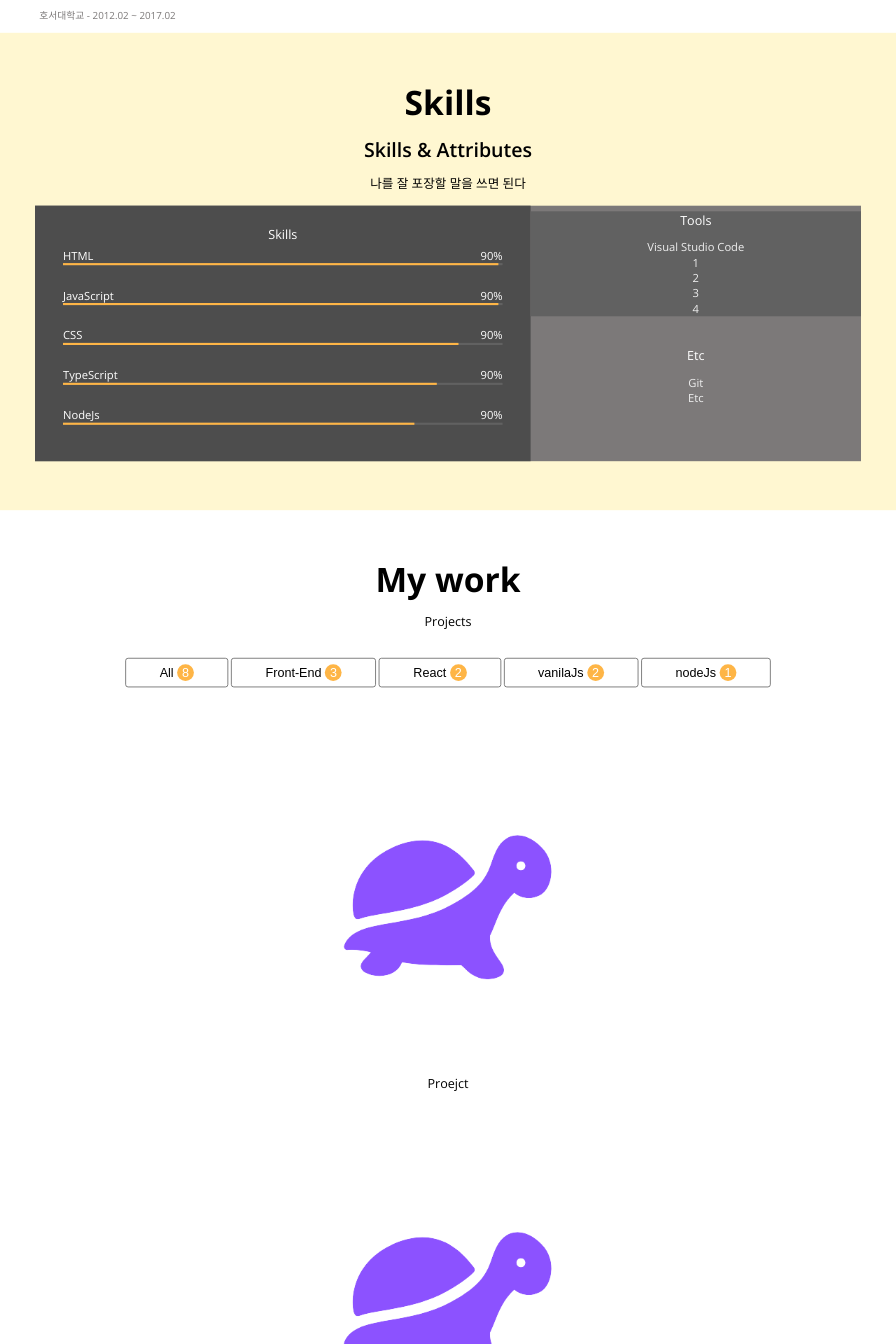
Repository: DevMinwoo-Jung/MinwooPortfolio
Page: index.html
An editor plug-in stored every save of this project. The page is shown before and after the next save, followed by the edit.
The browser window is 1280 px wide. The pictures show the part of the page from y = 3337 to 5257 px (the page is 8073 px tall), at 70% of full size.

Above is the page before, as saved 2021-05-31 15:18:18.

### index.html
<!DOCTYPE html>
<html lang="en">
<head>
  <meta charset="UTF-8">
  <meta http-equiv="X-UA-Compatible" content="IE=edge">
  <meta name="viewport" content="width=device-width, initial-scale=1.0">
  <title>Minwoo's Portfolio</title>
  <meta name="description" content="(will be) world-renowned Front-End Web developer Minwoo">
  <meta name="author" content= "Minwoo Jung">
  <link rel="icon" type ="image/png" href="imgs/favicon.png">
  <link rel="stylesheet" href="https://use.fontawesome.com/releases/v5.15.3/css/all.css" integrity="sha384-SZXxX4whJ79/gErwcOYf+zWLeJdY/qpuqC4cAa9rOGUstPomtqpuNWT9wdPEn2fk" crossorigin="anonymous">
  <link rel="preconnect" href="https://fonts.gstatic.com">
<link href="https://fonts.googleapis.com/css2?family=Open+Sans:wght@400;600;700&display=swap" rel="stylesheet">
<link rel="stylesheet" href="style.css">
<script src="main.js" defer></script>
</head>
<body>
  <h1>Heading</h1>
  <h2>Heading</h2>
  <h3>Heading</h3>
  <p>Paragraph</p>
  <!-- Navbar -->
  <nav id="navbar">
    <div class="navbar__logo">
      <img src="imgs/favicon.png" alt="">
      <a href="#">Minwoo</a>
    </div>
      <ul class="nvabar__menu">
        <li class="navbar__menu__item--active">Home</li>
        <li class="navbar__menu__item">About</li>
        <li class="navbar__menu__item">Skills</li>
        <li class="navbar__menu__item">My work</li>
        <li class="navbar__menu__item">Testimonial</li>
        <li class="navbar__menu__item">Contact</li>
      </ul>
  </nav>
  <!-- Home -->
  <section id="home">
    <img src="imgs/myPhoto.jpg" alt="Minwoo's profile photo" class="home__avatar">
    <h1 class="home__title">반갑습니다. <br> 프론트엔드 개발자 정민우입니다.</h1>
    <h2 class="home__description">멈추지 않는 개발자로 살아가고싶습니다.</h2>
    <button class="home__contact">Contact Me</button>
  </section>
  <!-- About -->
  <section id="about" class="section__container">
    <h1>About me</h1>
    <p>나를 나타내는 문장 문장 장문 문에 있는 고추장</p>
    <div class="about__majors">
      <div class="major">
        <div class="major__icon">
          <i class="fab fa-js-square"></i>
        </div>
        <h2 class="major__title">Front-End</h2>
        <div class="major__description">
          HTML, CSS, JavaScript, TypeScript
        </div>
      </div>
      <div class="major">
        <div class="major__icon">
          <i class="fab fa-node"></i>
        </div>
        <div class="major__title">Back-End</div>
        <div class="major__description">
          HTML, CSS, JavaScript, TypeScript
        </div>
      </div>
      <div class="major">
        <div class="major__icon">
          <i class="fab fa-react"></i>
        </div>
        <div class="major__title">Framework</div>
        <div class="major__description">
          HTML, CSS, JavaScript, TypeScript
        </div>
      </div>
    </div>
    <div class="aoubt__jobs">
      <div class="job">
        <img src="imgs/school.png" alt="" class="job__logo">
      </div>
      <div class="job__description">
        <p class="job__period">쌍용교육센터 - 2019.09 ~ 2020.04</p>
      </div>
      <div class="job">
        <img src="imgs/school.png" alt="" class="job__logo">
      </div>
      <div class="job__description">
        <p class="job__period">호서대학교 - 2012.02 ~ 2017.02</p>
      </div>
    </div>



  </section>
  <!-- Skills -->
  <section id="skills" class="section">
    <div class="section__container">
      <h1>Skills</h1>
      <h2>Skills & Attributes</h2>
      <p>
        나를 잘 포장할 말을 쓰면 된다
      </p>
      <div class="skillset">
        <div class="skillset__left">
          <h3 class="skillset__title">Skills</h3>
          <div class="skill">
            <div class="skill__description">
              <span>HTML</span>
              <span>90%</span>
            </div>
            <div class="skill__bar">
              <div class="skill__value" style="width: 99%;"></div>
            </div>
          </div>
          <div class="skill">
            <div class="skill__description">
              <span>JavaScript</span>
              <span>90%</span>
            </div>
            <div class="skill__bar">
              <div class="skill__value"  style="width: 99%;"></div>
            </div>
          </div>
          <div class="skill">
            <div class="skill__description">
              <span>CSS</span>
              <span>90%</span>
            </div>
            <div class="skill__bar">
              <div class="skill__value"  style="width: 90%;"></div>
            </div>
          </div>
          <div class="skill">
            <div class="skill__description">
              <span>TypeScript</span>
              <span>90%</span>
            </div>
            <div class="skill__bar">
              <div class="skill__value"  style="width: 85%;"></div>
            </div>
          </div>
          <div class="skill">
            <div class="skill__description">
              <span>NodeJs</span>
              <span>90%</span>
            </div>
            <div class="skill__bar">
              <div class="skill__value"  style="width: 80%;"></div>
            </div>
          </div>
        </div>
        <div class="skillset__right">
          <div class="tools">
            <h3 class="skillset__title">Tools</h3>
            <ul class="tools__list">
              <li><span>Visual Studio Code</span></li>
              <li><span>1</span></li>
              <li><span>2</span></li>
              <li><span>3</span></li>
              <li><span>4</span></li>
            </ul>
          </div>
          <div class="etc">
            <h3 class="skillset__title">Etc</h3>
            <ul class="etc__list">
              <li><span>Git</span></li>
              <li><span>Etc</span></li>
            </ul>
          </div>
        </div>
      </div>
    </div>
  </section>
  <!-- Work -->
  <section id="work" class="section">
    <h1>My work</h1>
    <h3>Projects</h3>
    <div class="work__categories">
      <button class="category__btn">All <span class="category__count">8</span></button>
      <button class="category__btn">Front-End <span class="category__count">3</span></button>
      <button class="category__btn">React <span class="category__count">2</span></button>
      <button class="category__btn">vanilaJs <span class="category__count">2</span></button>
      <button class="category__btn">nodeJs <span class="category__count">1</span></button>
    </div>
    <div class="wrok__projects">
      <a href="mygithub" class="project__img" target="blank" data-type="back-end">
      <img src="imgs/favicon.png" alt="project1">
      <!-- 이미지 추후에 넣자 -->
      <div class="project__description">
        <h3>Proejct</h3>
        <span>Clone coding with HTML and CSS</span>
      </div>
      </a>
      <a href="mygithub" class="project__img" target="blank" data-type="back-end">
        <img src="imgs/favicon.png" alt="project1">
        <!-- 이미지 추후에 넣자 -->
        <div class="project__description">
          <h3>Proejct</h3>
          <span>Clone coding with HTML and CSS</span>
        </div>
        </a>
        <a href="mygithub" class="project__img" target="blank" data-type="back-end">
          <img src="imgs/favicon.png" alt="project1">
          <!-- 이미지 추후에 넣자 -->
          <div class="project__description">
            <h3>Proejct</h3>
            <span>Clone coding with HTML and CSS</span>
          </div>
          </a>
          <a href="mygithub" class="project__img" target="blank" data-type="back-end">
            <img src="imgs/favicon.png" alt="project1">
            <!-- 이미지 추후에 넣자 -->
            <div class="project__description">
              <h3>Proejct</h3>
              <span>Clone coding with HTML and CSS</span>
            </div>
            </a>
    </div>
  </section>
  <!-- Testimonials -->
  <section id="testimonials" class="section">
    <h1>Testmonials</h1>
    <h3>See what they say about me</h3>
    <div class="testmonials">
      <div class="testimonial">
        <img src="imgs/testimonail/people.jpg" alt="" class="testimonial__avatar">
        <div class="testimonail__speech-bubble">
          <p>qmffkqmffk</p>
          <p class="name"><a href="">이름</a>일한곳</p>
        </div>
      </div>
      <div class="testimonial">
        <img src="imgs/testimonail/people.jpg" alt="" class="testimonial__avatar">
        <div class="testimonail__speech-bubble">
          <p>qmffkqmffk</p>
          <p class="name"><a href="">이름</a>일한곳</p>
        </div>
      </div>
    </div>
  </section>
  <!-- Contact -->
  <section id="contact" class="section">
    <h1 class="contact__title">Let's talk</h1>
    <h2 class="contact__email">applejung312@gmail.com</h2>
    <div class="contact__links">
      <a href="https://github.com/DevMinwoo-Jung" target="_blank">
        <i class="fab fa-github"></i>
      </a>
      <a href="https://dev-minwoo.tistory.com/" target="_blank">
        <i class="fas fa-blog"></i>
      </a>
    </div>
    <p class="contact__right">
      2021 Minwoo Jung - All rights reseverd
    </p>
  </section>
</body>
</html>

### style.css
/* Global */
:root {
  /* Color */
  --color-white: #ffffff;
  --color-light-white: #eeeeee;
  --color-dark-white: #bdbdbd;
  --color-pink: #fe918d;
  --color-dark-pink: #ff6863;
  --color-dark-grey: #4d4d4d;
  --color-grey: #616161;
  --color-light-grey: #7c7979;
  --color-blue: #73aace;
  --color-yellow: #fff7d1;
  --color-orange: #feb546;
  --color-black: #000000;
  --color-dard-purple: rgb(78, 23, 69);

  /* Font size */
  --font-large: 48px;
  --font-medium: 28px;
  --font-regular: 18px;
  --font-small: 16px;
  --font-micro: 14px;

  /* Font weight */
  --weight-bold: 700;
  --weight-semi-bold: 600;
  --weight-regular: 400;

  /* Size */
  --size-border-radius: 4px;

  /* Animation Duration */
  --animation-duration: 300ms;
}

/* Universal tags */
* {
  box-sizing: border-box;
}

/* Typography */
h1 {
  font-size: var(--font-large);
  font-weight: var(--weight-bold);
  color: var(--color-black);
  margin: 16px 0px;
}

h2 {
  font-size: var(--font-medium);
  font-weight: var(--weight-semi-bold);
  color: var(--color-black);
  margin: 8px 0;
}

h3 {
  font-size: var(--font-regular);
  font-weight: var(--weight-regular);
  color: var(--color-black);
  margin: 8px 0;
}

p {
  font-size: var(--font-regular);
  font-weight: var(--weight-regular);
  color: var(--color-black);
  margin: 16px 0;
}

body {
  margin: 0;
  font-family: "Open Sans", sans-serif;
  cursor: default;
}

a {
  text-decoration: none;
  color: var(--color-white);
}

ul {
  list-style: none;
  padding-left: 0;
}

li {
  list-style: none;
}

button {
  background-color: transparent;
  cursor: pointer;
  border: none;
  outline: none;
}

/* Navbar */
#navbar {
  display: flex;
  justify-content: space-between;
  background-color: purple;
  align-items: center;
  color: var(--color-white);
  padding: 16px;
}

.navbar__menu {
  display: flex;
}

.navbar__menu__item {
  padding: 8px 12px;
  margin: 0 4px;
  cursor: pointer;
  border-radius: var(--size-border-radius);
}

.navbar__logo {
  font-size: var(--font-medium);
  font-weight: var(--weight-semi-bold);
}

.navbar__menu__item--active {
  border: 1px solid var(--color-white);
}

.navbar__menu__item:hover {
  background-color: var(--color-dard-purple);
}

/* Home */
#home {
  background: url("imgs/background\ Img.png") center/cover no-repeat;
  padding: 40px;
  text-align: center;
}

.home__avatar {
  width: 250px;
  height: 250px;
  border-radius: 50%;
  border: 2px solid var(--color-white);
}

.home__title,
.home__description {
  color: var(--color-white);
}

.home__contact {
  color: var(--color-white);
  font-size: var(--font-regular);
  font-weight: var(--weight-bold);
  margin: 24px;
  padding: 8px 12px;
  border: 2px solid (var(--color-white));
  border-radius: var(--size-border-radius);
}

/* Section common */
.section {
  margin: auto;
  padding: 50px;
  text-align: center;
}

.section__container {
  max-width: 1200px;
  margin: auto;
}

/* About */
.aoubt__majors {
  display: flex;
  justify-content: space-between;
  margin: 80px 0;
}

.major__icon {
  width: 170px;
  height: 170px;
  font-size: 70px;
  line-height: 170px;
  margin: auto;
  border: 1px solid var(--color-white);
  border-radius: 50%;
  margin-bottom: 16px;
  color: var(--color-blue);
}

.major__icon:hover i {
  color: var(--color-pink);
  transform: rotate(-30deg) scale(1.1);
}

.major__icon i {
  transition: all var(--animation-duration) ease;
}

/*
.major__icon i:hover{
  이렇게하면 i에 올려났을때만 변하지만
  위처럼하면 icon에 올렸을때 i만 변한다
  color: var(--color-pink);
  transform: rotate(-30deg) scale(1.1);
} */

.major__title,
.major__description {
  color: var(--color-dark-grey);
}

.major__description {
  font-size: var(--font-small);
}

.job {
  display: flex;
  align-items: center;
}

.job__description {
  margin: 0 16px;
  text-align: left;
}

.job__name,
.job__period {
  color: var(--color-light-grey);
}

.job__name {
  font-size: var(--font-small);
}

.job__period {
  font-size: var(--font-micro);
}

/* Skill */
#skills {
  background-color: var(--color-yellow);
}

.skillset {
  display: flex;
  background-color: var(--color-light-grey);
  color: var(--color-light-white);
  margin: 20px 0;
}

.skillset__title {
  color: var(--color-white);
}

.skillset__left {
  flex-basis: 60%;
  background-color: var(--color-dark-grey);
  color: var(--color-white);
  padding: 20px 40px;
}

.skill__description {
  display: flex;
  justify-content: space-between;
}

.skillset__right {
  flex-basis: 40%;
}

.tools {
  background-color: var(--color-grey);
}

.skill__bar {
  width: 100%;
  height: 3px;
  background-color: var(--color-grey);
}

.skill {
  margin-bottom: 32px;
}

.skill__value {
  height: 3px;
  background-color: var(--color-orange);
}

.tolls,
.etc {
  padding: 20px;
}

/* Work */
.work__categories {
  margin: 40px;
}

.category__btn {
  border: 1px solid var(--color-dark-grey);
  border-radius: var(--size-border-radius);
  font-size: var(--font-regular);
  padding: 8px 48px;
}

.category__btn.active,
.category__btn:hover {
  background-color: var(--color-pink);
  color: var(--color-white);
}

.category__count {
  background-color: var(--color-orange);
  border-radius: 50%;
  color: var(--color-white);
  width: 24px;
  height: 24px;
  display: inline-block;
  line-height: 24px;
  position: relative;
}

Loaded but not shown: main.js (no copy from this time; the picture is the same without it)

After the next save:
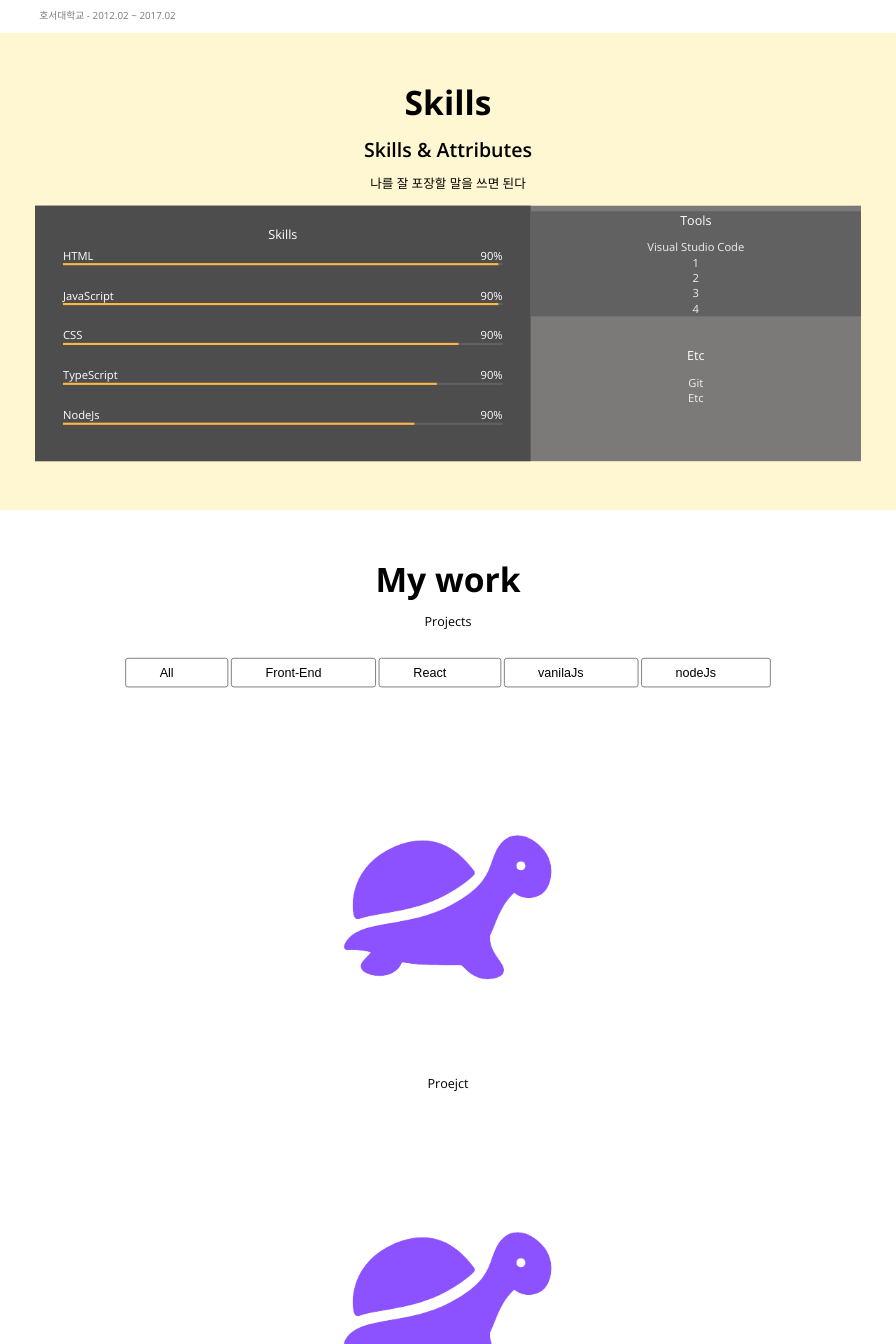
Saved 2 min 37 s later.
--- a/style.css
+++ b/style.css
@@ -312,6 +312,12 @@ button {
   color: var(--color-white);
 }
 
+.category__btn.active,
+.category__count,
+.category__btn:hover .category__count {
+  opacity: 1;
+  top: 0;
+}
 .category__count {
   background-color: var(--color-orange);
   border-radius: 50%;
@@ -321,4 +327,8 @@ button {
   display: inline-block;
   line-height: 24px;
   position: relative;
-}
+  top: -20px;
+  left: 4px;
+  opacity: 0;
+  transition: all var(--animation-duration);
+}
